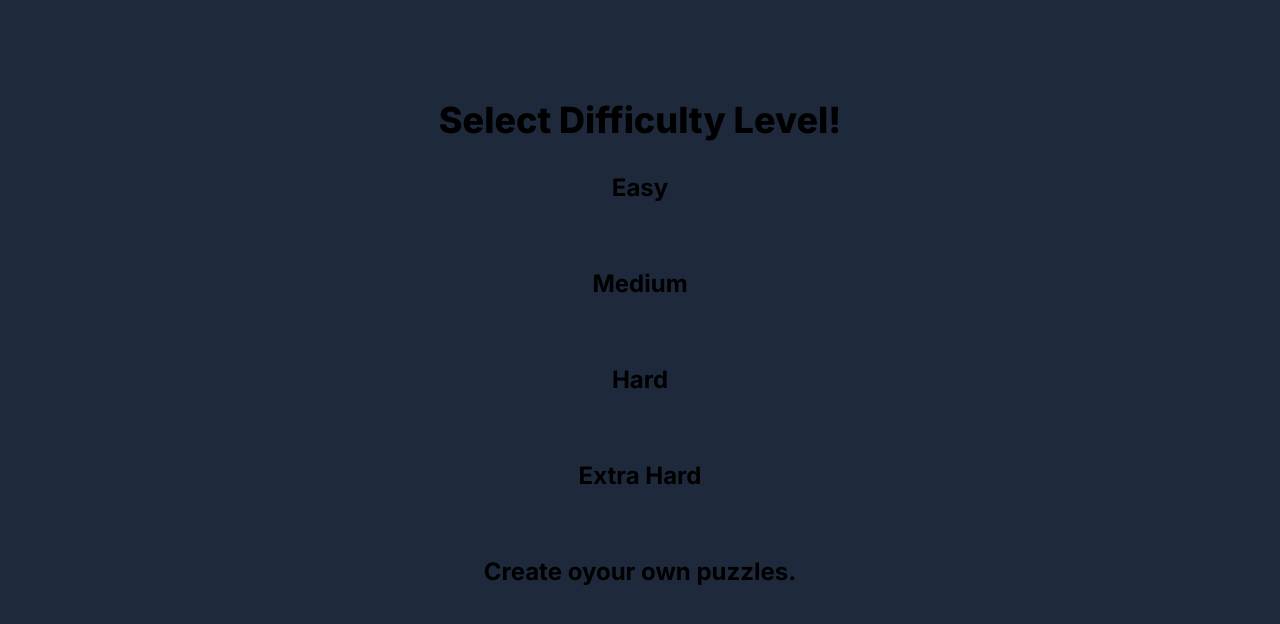
Repository: badhon252/sudoku
Page: /level
The author's editor kept a copy of each file at every save. The page is drawn from the files as they stood at one save, then again after the next save.
The browser window is 1280 px wide. The pictures show the whole page.
The project was rebuilt for these pictures with package versions that can differ from the ones it lists, and the page was loaded fresh each time. The framework's server and built-in components were replaced by stand-ins that run in the browser. Also part of the build but not shown: next.config.js.

Above is the page before, as saved 2023-06-04 21:53:10.

After the next save:
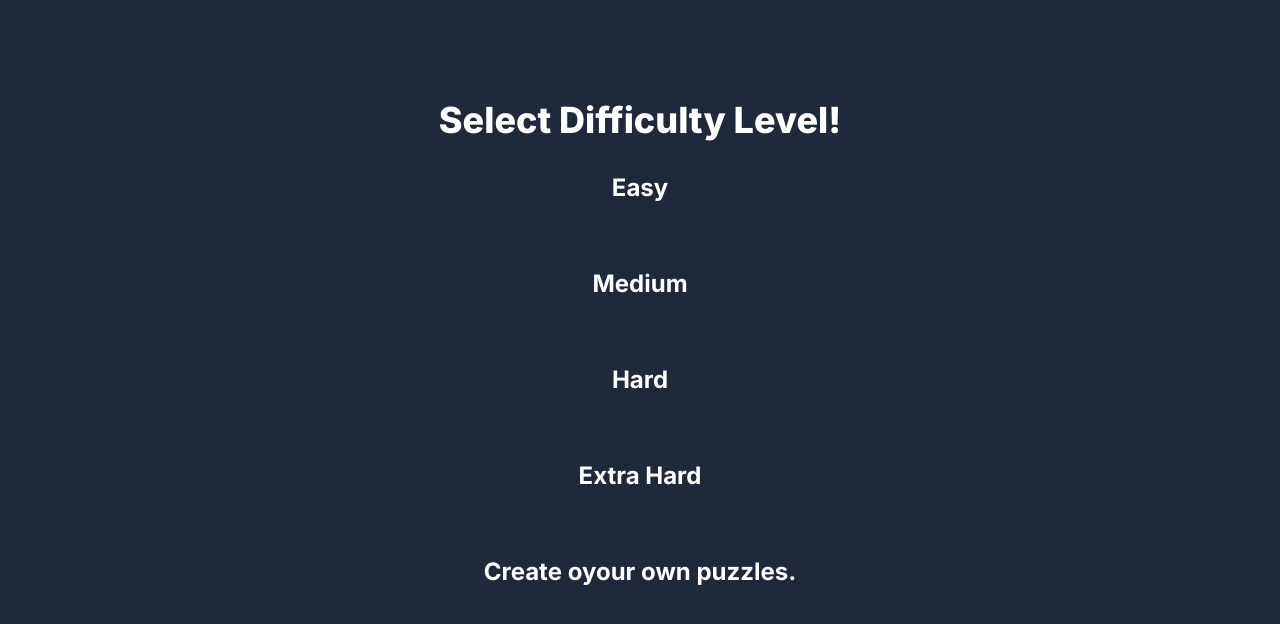
Saved 11 s later.
--- a/app/level/page.tsx
+++ b/app/level/page.tsx
@@ -2,7 +2,7 @@ import React from 'react'
 
 export default function Level() {
   return (
-    <div className='min-h-screen flex flex-col items-center justify-center bg-slate-800'>
+    <div className='min-h-screen flex flex-col items-center justify-center bg-slate-800 text-white'>
         <h1 className='text-4xl font-extrabold'>Select Difficulty Level! </h1>
         <button className='my-5 py-3 px-2 text-2xl font-bold'>Easy</button>
         <button className='my-5 py-3 px-2 text-2xl font-bold'>Medium</button>
